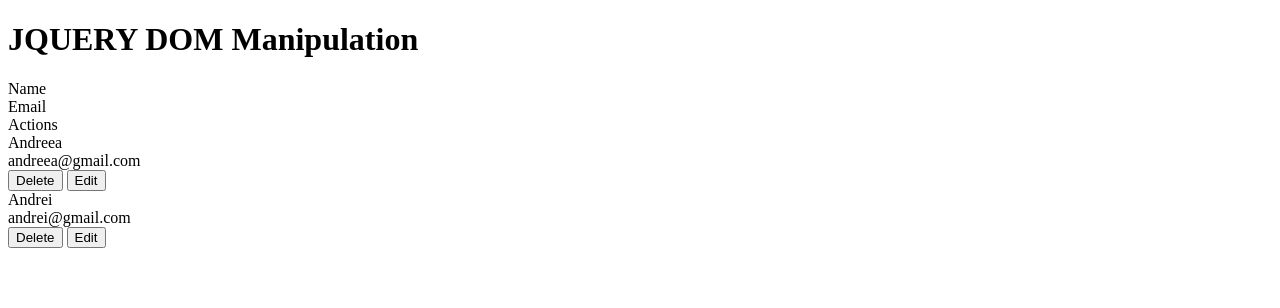
Repository: Toni95/workspace
Page: curs12-WORKSHOP/index.html
The author's editor kept a record of every edit. The page is drawn from the files as they stood at one moment, then again after the next edit.
The browser window is 1280 px wide. The pictures show the whole page.
Some web libraries are served in a nearby version.

Above is the page before.

After the next edit:
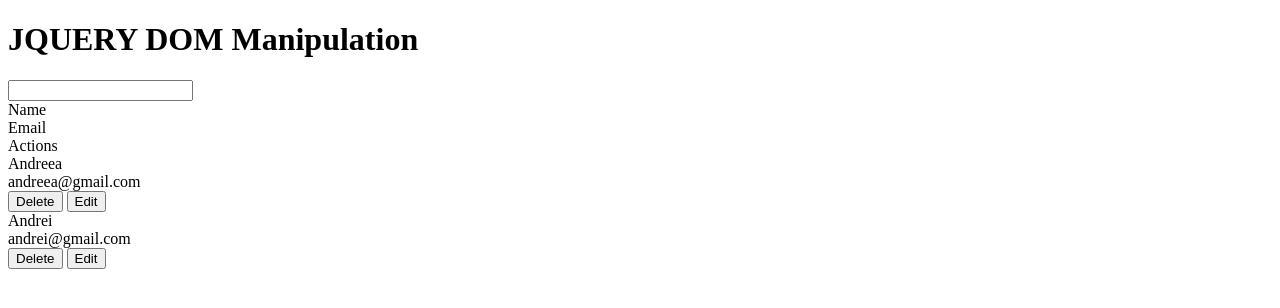
The edit:
--- a/curs12-WORKSHOP/index.html
+++ b/curs12-WORKSHOP/index.html
@@ -8,6 +8,7 @@
 <body>
     <h1>JQUERY DOM Manipulation</h1>
 
+    <input type="search" id="searchName"/>
     <div>
         <div>
             <div>Name</div>
